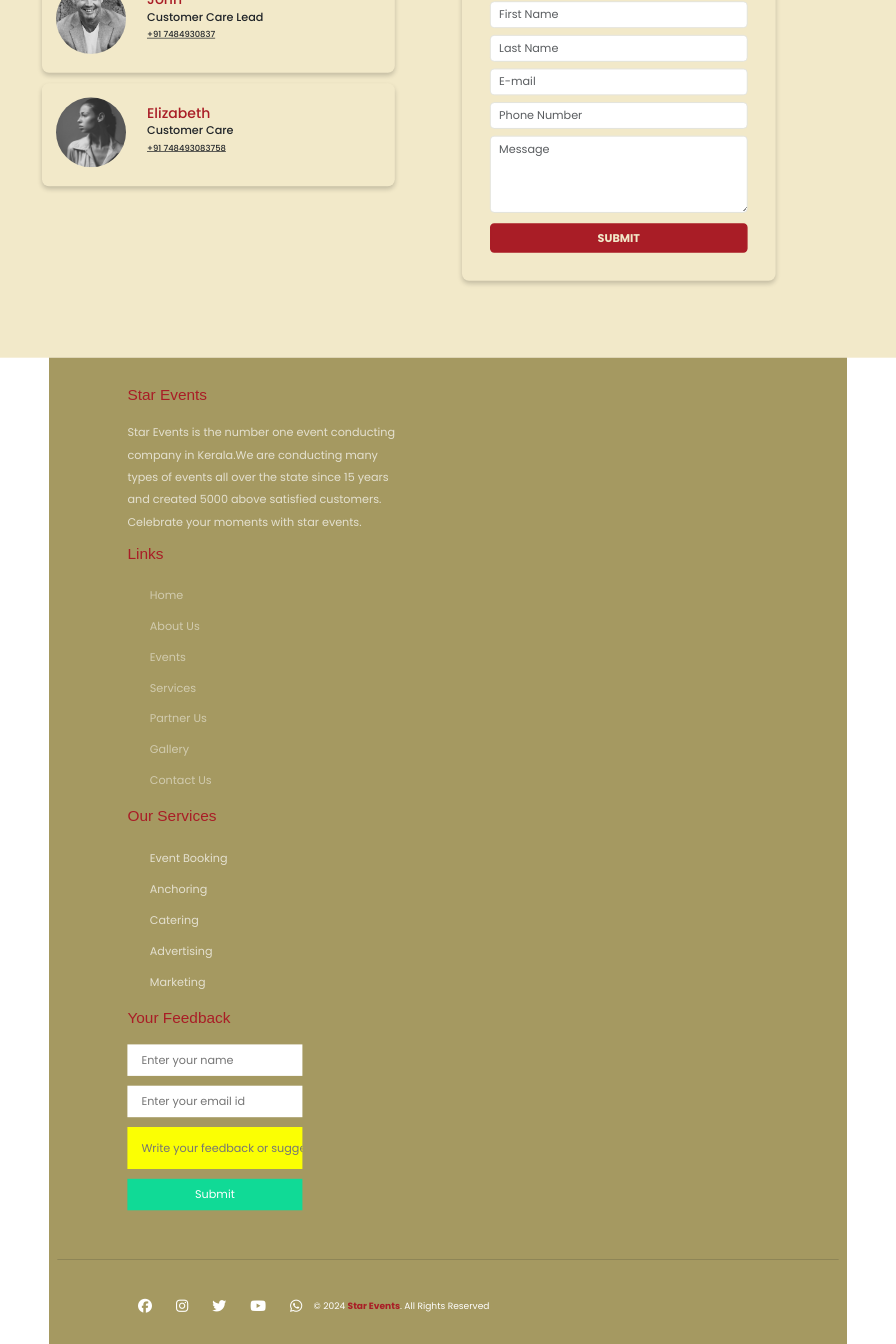
Repository: SharonSebastian32/Event-Management-System-
Page: index.html
The author's editor kept a copy of each file at every save. The page is drawn from the files as they stood at one save, then again after a run of saves.
The browser window is 1280 px wide. The pictures show the part of the page from y = 4490 to 6410 px (the page is 6410 px tall), at 70% of full size.
The pointer rests on the first visible `.footer-col .inputfs`.
A picture or video elsewhere on the page could not be fetched, so the positions and the page height are approximate. Some web libraries are served in a nearby version.

Above is the page before, as saved 2024-09-06 12:22:04.
Not found: assets/css/ContactUs.css

After the next 2 saves:
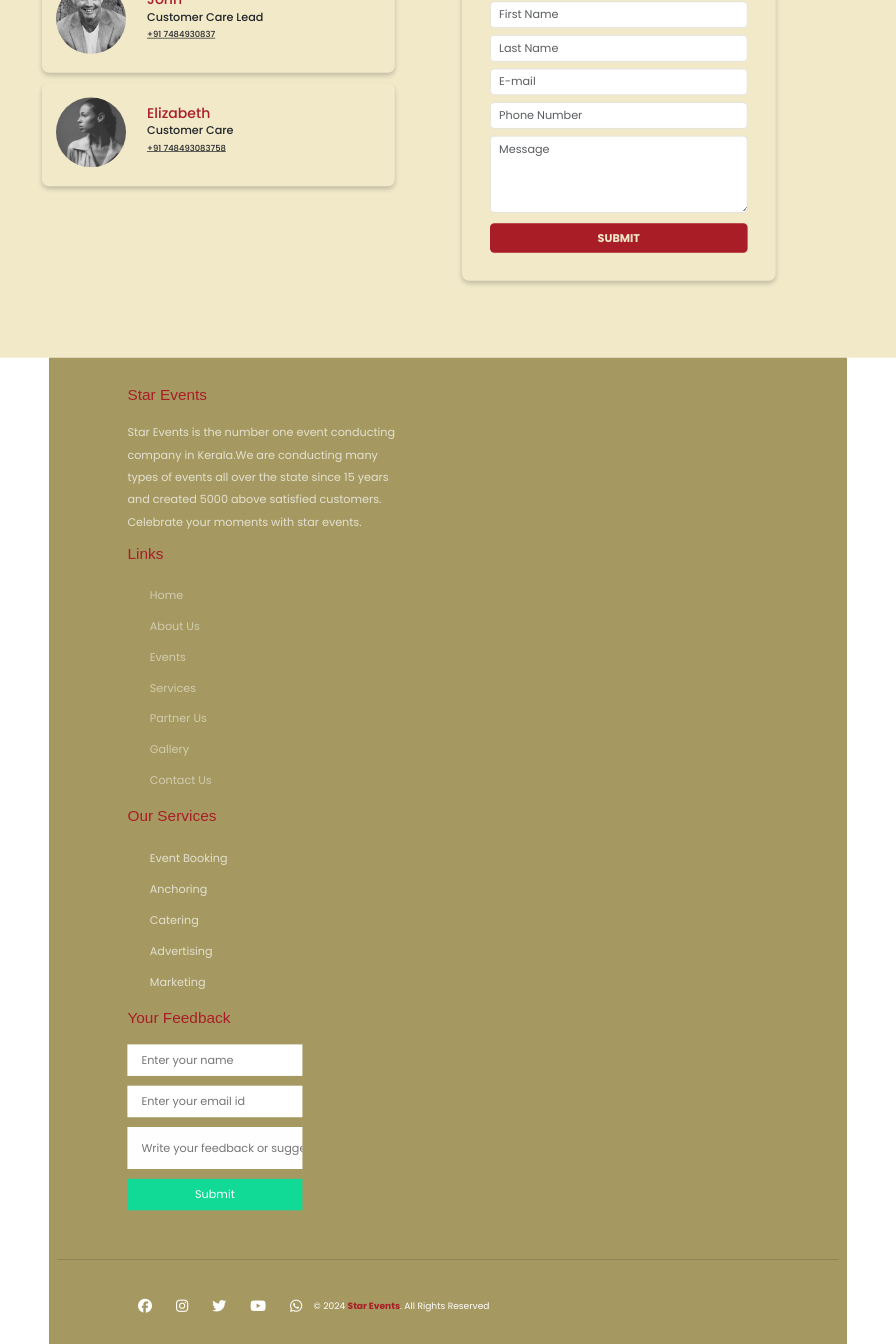
The 2 saves are shown as one change because they came seconds apart.
The last was saved 3 min 50 s later.
--- a/Css/Styles.css
+++ b/Css/Styles.css
@@ -589,7 +589,7 @@
    }
 
    .footer-col .inputfs:hover {
-       background-color: rgb(251, 255, 3);
+       background-color: rgb(254, 254, 254);
 
    }
 
